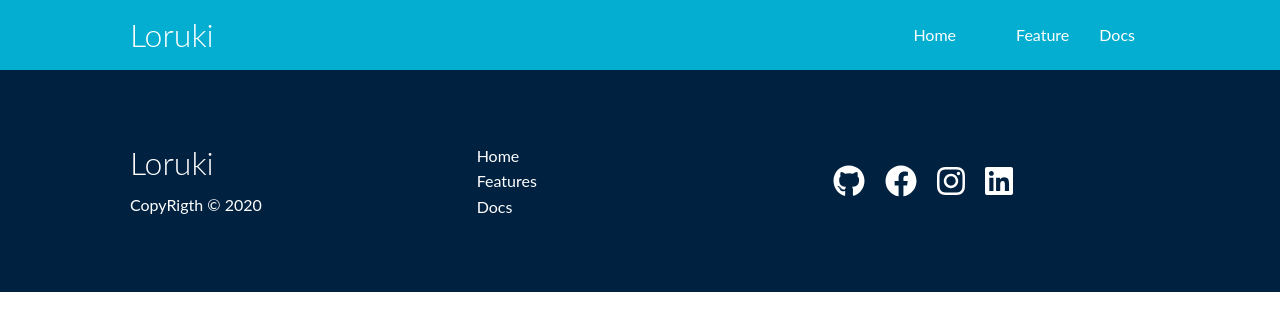
Repository: MosiurRrahman/loruki-app-reactjs
Page: /feature
The author's editor kept a copy of each file at every save. The page is drawn from the files as they stood at one save, then again after the next save.
The browser window is 1280 px wide. The pictures show the whole page.
The project was rebuilt for these pictures with package versions that can differ from the ones it lists, and the page was loaded fresh each time. Also part of the build but not shown: src/components/pages/home/Cli.js, src/components/pages/home/Cloud.js, src/assets/images/images.js, src/components/pages/home/Languages.js, src/components/pages/home/ShowcaseForm.js, src/components/pages/home/ShowCase.js, src/components/pages/home/Status.js, src/components/pages/home/HomePage.js.

Above is the page before, as saved 2021-10-06 10:36:32.

### src/index.js
import React from 'react';
import ReactDOM from 'react-dom';
import { BrowserRouter, Route, Switch } from 'react-router-dom';
import Layout from './components/app';
import HomePage from './components/pages/home/HomePage';
import './index.css';
// import './utilities';






class Root extends React.Component{
  render(){
    return(
      <BrowserRouter basename = {"/"} >
      <Switch>
        <Route exact path = "/" component={HomePage} />
      <Layout></Layout>
      </Switch>
      </BrowserRouter>
    );
  }
}




ReactDOM.render(
  <React.StrictMode>
    <Root />
  </React.StrictMode>,
  document.getElementById('root')
);

### src/components/app.jsx
import { Component } from "react";
import Footer from "./common/Footer";
import Header from "./common/Header";

class Layout extends Component {
  render() {
    return (
      <>
        <Header />
        {this.props.children}
        <Footer />
      </>
    );
  }
}
export default Layout;

### src/index.css
/* all css imported */

@import url("./assets/css/main");
@import url("./assets/css/utilities");

### src/components/common/Footer.jsx
import {
  faFacebook,
  faGithub,
  faInstagram,
  faLinkedin,
} from "@fortawesome/free-brands-svg-icons";
import { FontAwesomeIcon } from "@fortawesome/react-fontawesome";
import { Component } from "react";

class Footer extends Component {
  render() {
    return (
      <>
        <footer className="footer bg-dark py-5">
          <div className="container grid grid-3">
            <div>
              <h1>Loruki</h1>
              <p>CopyRigth &copy; 2020</p>
            </div>
            <nav>
              <ul>
                <li>
                  <a href="index.html">Home</a>
                </li>
                <li>
                  <a href="feature.html">Features</a>
                </li>
                <li>
                  <a href="docs.html">Docs</a>
                </li>
              </ul>
            </nav>
            <div className="social">
              <a href="/home">
                <li className="fa-2x">
                  <FontAwesomeIcon icon={faGithub} />
                </li>
              </a>
              <a href="/home">
                <li className="fa-2x">
                  <FontAwesomeIcon icon={faFacebook} />
                </li>
              </a>
              <a href="/home">
                <li className="fa-2x">
                  <FontAwesomeIcon icon={faInstagram} />
                </li>
              </a>
              <a href="/home">
                <li className=" fa-2x">
                  <FontAwesomeIcon icon={faLinkedin} />
                </li>
              </a>
            </div>
          </div>
        </footer>
      </>
    );
  }
}
export default Footer;

### src/components/common/Header.jsx
import { Component } from "react";
import { Link } from "react-router-dom";

class Header extends Component {
  render() {
    return (
      <>
        <div className="navbar">
          <div className="container flex">
            <h1 className="logo">Loruki</h1>
            <nav>
              <ul>
                <li>
                  <a href="index.html">Home</a>
                  <Link to="/HomePage"></Link>
                </li>
                <li>
                  <a href="feature.html">Feature</a>
                </li>
                <li>
                  <a href="docs.html">Docs</a>
                </li>
              </ul>
            </nav>
          </div>
        </div>
      </>
    );
  }
}
export default Header;

### src/assets/css/main.css
:root {
  --primary-color: #04aed0;
  --secondry-color: #04a1c0;
  --dark-color: #002240;
  --light-color: #f4f4ff;
  --success-color: #5cb85c;
  --error-color: #d9534f;
}

* {
  box-sizing: border-box;
  margin: 0;
  padding: 0;
}

body {
  font-family: "lato", sans-serif;
  color: #333333;
  line-height: 1.6;
}

ul {
  list-style-type: none;
}

a {
  text-decoration: none;
  color: #333333;
}

h1,
h2 {
  font-weight: 300;
  line-height: 1.2;
  margin: 10px 0;
}

p {
  margin: 10px 0;
}

img {
  width: 100%;
}

code,
pre {
  background: #333;
  color: #fff;
  padding: 10px;
}

.hidden {
  visibility: hidden;
  height: 0;
}

/* === navbar style === */

.navbar {
  background-color: var(--primary-color);
  color: #ffffff;
  height: 70px;
}

.navbar .flex {
  justify-content: space-between;
}

.navbar ul {
  display: flex;
}

.navbar ul a {
  padding: 10px;
  margin: 0 5px;
  color: #fff;
  transition: 0.3s;
}

.navbar ul a:hover {
  border-bottom: 2px solid #fff;
}

/* === Showcase style === */

.showcase {
  height: 400px;
  background-color: var(--primary-color);
  color: #fff;
  position: relative;
}

.showcase h1 {
  font-size: 40px;
}

.showcase p {
  margin: 20px 0;
}

.showcase .grid {
  overflow: visible;
  grid-template-columns: 55% 45%;
  gap: 30px;
}

body {
  overflow-x: hidden;
}

.showcase-form {
  position: relative;
  top: 60px;
  height: 350px;
  max-width: 400px;
  padding: 40px;
  z-index: 100;
  animation: slideInFromRight 1s ease-in;
}

.showcase-text {
  animation: slideInFromLeft 1s ease-in;
}

.showcase .form-control {
  margin: 30px 0;
}

.showcase input[type="text"],
.showcase input[type="email"] {
  border: 0;
  border-bottom: 1px solid #b4becb;
  width: 100%;
  padding: 3px;
  font-size: 16px;
}

.showcase-form input:focus {
  outline: none;
}

.showcase::before,
.showcase::after {
  content: "";
  position: absolute;
  height: 100px;
  background: #fff;
  left: 0;
  bottom: -60px;
  right: 0;
  transform: skewY(-3deg);
  --webkit-transform: skewY(-3deg);
  --moz-transform: skewY(-3deg);
  --ms-transform: skewY(-3deg);
}

/* ===stats=== */

.stats {
  padding-top: 100px;
  animation: slideInFromBottom 1s ease-in;
}

.stats-heading {
  max-width: 500px;
  margin: auto;
}

.stats .grid h3 {
  font-size: 35px;
}

.stats .grid p {
  font-size: 20px;
  font-weight: bold;
}

/* cli */

.cli .grid {
  grid-template-columns: repeat(3, 1fr);
  grid-template-rows: repeat(2, 1fr);
}

.cli .grid > *:first-child {
  grid-column: 1 / span 2;
  grid-row: 1 / span 2;
}

/* Cloud */

.cloud .grid {
  grid-template-columns: repeat(4fr, 1fr);
}

/* languages */

.languages .flex {
  flex-wrap: wrap;
}

.languages .card {
  text-align: center;
  margin: 18px 10px 40px;
  transition: 0.3s;
}

.languages .card:hover {
  transform: translateY(-15px);
  color: var(--primary-color);
}

.languages .card h4 {
  font-size: 20px;
  margin-bottom: 10px;
}

/* Feature section */

.freatures-head img,
.docs-head img {
  width: 200px;
  justify-self: center;
}

.freatures-sub-head img {
  width: 300px;
  justify-self: flex-end;
}

/* feature main */

.freatures-main .card > i {
  margin-right: 20px;
}

.freatures-main .grid {
  padding: 30px;
}

.freatures-main .grid > *:first-child {
  grid-column: 1 / span 3;
}

.freatures-main .grid > *:nth-child(2) {
  grid-column: 1 / span 2;
}

.freatures-main .grid > *:nth-child(2) {
  justify-content: start;
}

/* dosc */

.docs-main h3 {
  margin: 20px 0;
}

.docs-main .grid {
  grid-template-columns: 1fr 2fr;
  align-items: flex-start;
}

.docs-main nav li {
  font-size: 20px;
  padding-bottom: 5px;
  margin-bottom: 5px;
  border-bottom: 1px solid #ccc;
}

.docs-main nav a:hover {
  color: var(--primary-color);
  font-weight: bold;
}

/* Footer */
.footer .social {
  display: flex;
}
.footer .social a {
  margin: 0 10px;
}

.footer .social a li {
  list-style-type: none;
  transition: 0.3s;
}

.footer .social a li:hover {
  transform: translateY(-5px);
  color: var(--primary-color);
}

/* Animation */

@keyframes slideInFromLeft {
  0% {
    transform: translateX(-100%);
  }
  100% {
    transform: translateX(0);
  }
}

@keyframes slideInFromRight {
  0% {
    transform: translateX(70%);
  }
  100% {
    transform: translateX(0);
  }
}

@keyframes slideInFromTop {
  0% {
    transform: translateY(-100%);
  }
  100% {
    transform: translateX(0);
  }
}

@keyframes slideInFromBottom {
  0% {
    transform: translateY(100%);
  }
  100% {
    transform: translateX(0);
  }
}

/* ===responsive css ===*/

/* Tablets and under */

@media screen and (max-width: 768px) {
  .grid,
  .showcase .grid,
  .stats .grid,
  .cli .grid,
  .cloud .grid,
  .freature-main .grid,
  .docs-main .grid {
    grid-template-columns: 1fr;
    grid-template-rows: 1fr;
  }
  .showcase {
    height: auto;
  }
  .showcase-text {
    text-align: center;
    margin-top: 40px;
    animation: slideInFromTop 1s ease-in;
  }
  .showcase-form {
    justify-self: center;
    margin: auto;
    animation: slideInFromBottom 1s ease-in;
  }
  .cli .grid > *:first-child {
    grid-column: 1;
    grid-row: 1;
  }
  .freatures-head,
  .freatures-sub-head,
  .docs-head {
    text-align: center;
  }
  .freatures-head img,
  .freatures-sub-head img,
  .docs-head img {
    justify-self: center;
  }
  .freatures-main .grid > *:first-child,
  .freatures-main .grid > *:nth-child(2) {
    grid-column: 1;
  }
  .grid-3 {
    grid-template-columns: 1fr;
    grid-template-rows: 1fr;
  }
}

/* Mobile */

@media (max-width: 500px) {
  .navbar {
    height: 110px;
  }
  .navbar .flex {
    flex-direction: column;
  }
  .navbar ul {
    padding: 10px;
    background: rgba(0, 0, 0, 0.1);
  }
}

/* ===responsive css end ===*/

/* === utlities === */

.container {
  max-width: 1100px;
  margin: 0 auto;
  overflow: auto;
  padding: 0 40px;
}

.card {
  background-color: #fff;
  color: #333;
  border-radius: 10px;
  box-shadow: 0 3px 10px rgba(0, 0, 0, 0.2);
  padding: 20px;
  margin: 10px;
}

.card p {
  padding-left: 20px;
}

.btn {
  display: inline-block;
  padding: 10px 30px;
  cursor: pointer;
  background: var(--primary-color);
  color: #fff;
  border: none;
  border-radius: 5px;
  transition: 0.3s;
}

.btn-outline {
  background-color: transparent;
  border: 1px solid #ffffff;
}

.btn:hover {
  transform: translate(5px);
}

/* background and colored buttons */

.btn-primary,
.bg-primary {
  background-color: var(--primary-color);
  color: #ffffff;
}

.btn-secondry,
.bg-secondry {
  background-color: var(--secondry-color);
  color: #ffffff;
}

.btn-dark,
.bg-dark {
  background-color: var(--dark-color);
  color: #ffffff;
}

.btn-light,
.bg-light {
  background-color: var(--light-color);
  color: #333;
}

.btn-primary a,
.bg-primary a,
.btn-secondry a,
.bg-secondry a,
.btn-dark a,
.bg-dark a {
  color: #fff;
}

/* text sizes */

.lead {
  font-size: 20px;
}

.sm {
  font-size: 1rem;
}

.md {
  font-size: 2rem;
}

.lg {
  font-size: 3rem;
}

.xl {
  font-size: 4rem;
}

.text-center {
  text-align: center;
}

.flex {
  display: flex;
  justify-items: center;
  align-items: center;
  height: 100%;
}

.grid {
  display: grid;
  grid-template-columns: repeat(2, 1fr);
  gap: 20px;
  justify-content: center;
  align-items: center;
  height: 100%;
}

.grid-3 {
  grid-template-columns: repeat(3, 1fr);
}

/* alart */

.alert {
  background-color: var(--light-color);
  padding: 10px 20px;
  font-weight: bold;
  margin: 15px 0;
}

.alert i {
  margin-right: 10px;
}

.alert-success {
  background-color: var(--success-color);
  color: #fff;
}

.alert-error {
  background-color: var(--errer-color);
  color: #fff;
}

/* Margin */

.my-1 {
  margin: 1rem 0;
}

.my-2 {
  margin: 1.5rem 0;
}

.my-3 {
  margin: 2rem;
}

.my-4 {
  margin: 3rem 0;
}

.my-5 {
  margin: 4rem 0;
}

.m-1 {
  margin: 1rem;
}

.m-2 {
  margin: 1.5rem;
}

.m-3 {
  margin: 2rem;
}

.m-4 {
  margin: 3rem;
}

.m-5 {
  margin: 4rem;
}

/* padding */

.py-1 {
  padding: 1rem 0;
}

.py-2 {
  padding: 1.5rem 0;
}

.py-3 {
  padding: 2rem;
}

.py-4 {
  padding: 3rem 0;
}

.py-5 {
  padding: 4rem 0;
}

.p-1 {
  padding: 1rem;
}

.p-2 {
  padding: 1.5rem;
}

.p-3 {
  padding: 2rem;
}

.p-4 {
  padding: 3rem;
}

.p-5 {
  padding: 4rem;
}

Loaded but not shown: public/index.html (common file); src/assets/css/utilities.css (no stored copy; drawn as an empty file)

After the next save:
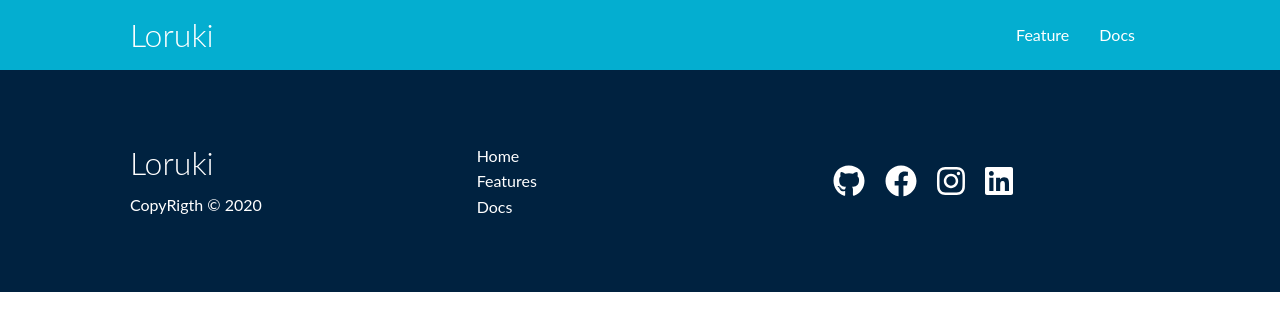
Saved 22 s later.
--- a/src/components/common/Header.jsx
+++ b/src/components/common/Header.jsx
@@ -11,7 +11,7 @@ class Header extends Component {
             <nav>
               <ul>
                 <li>
-                  <a href="index.html">Home</a>
+                  {/* <a href="index.html">Home</a> */}
                   <Link to="/HomePage"></Link>
                 </li>
                 <li>
